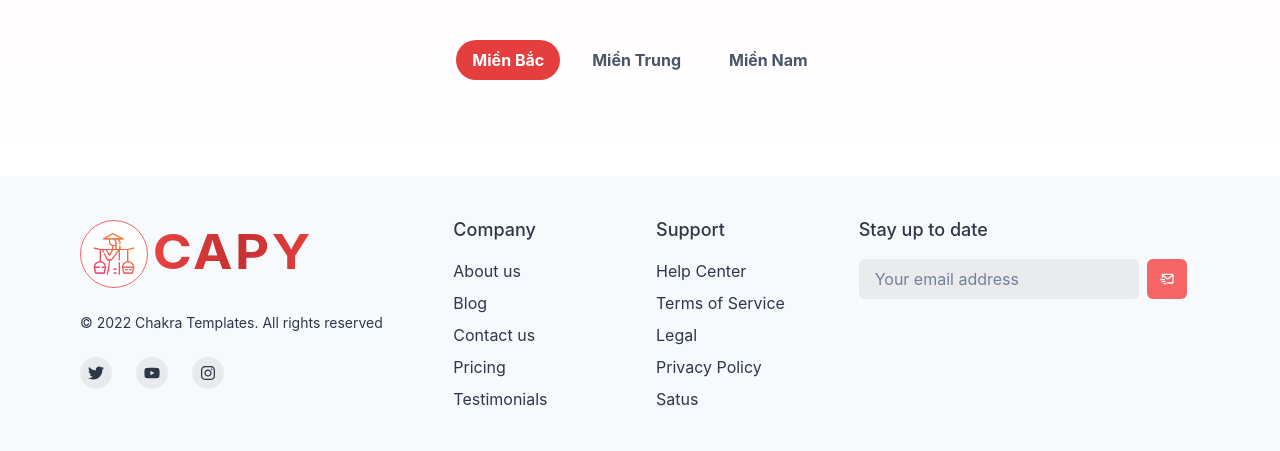
Repository: luannguyenhoang/trevel-capy
Page: /amThucPage/Headers
The author's editor kept a copy of each file at every save. The page is drawn from the files as they stood at one save, then again after the next save.
The browser window is 1280 px wide. The pictures show the part of the page from y = 496 to 947 px (the page is 947 px tall before and 875 px after).
The project was rebuilt for these pictures with package versions that can differ from the ones it lists, and the page was loaded fresh each time. The framework's server and built-in components were replaced by stand-ins that run in the browser. Also part of the build but not shown: next.config.ts, src/components/molecules/Cart.tsx.

Above is the page before, as saved 2025-03-24 14:55:09.

### src/pages/_app.tsx
import { DefaultLayout } from "@/components/templates/DefautLayout";
import "@/styles/globals.css";
import { ChakraProvider } from "@chakra-ui/react";
import type { AppProps } from "next/app";

export default function App({ Component, pageProps }: AppProps) {
  return (
    <ChakraProvider>
      <DefaultLayout>
        <Component {...pageProps} />
      </DefaultLayout>
    </ChakraProvider>
  );
}

### src/pages/amThucPage/Headers.tsx
import SlideConten from "@/components/molecules/Slide";
import { AmThuc, AmThucItem } from "@/type/types";
import {
  Box,
  Button,
  Card,
  CardBody,
  Container,
  Flex,
  Heading,
  Image,
  SimpleGrid,
  Stack,
  Tab,
  TabList,
  TabPanel,
  TabPanels,
  Tabs,
  Text,
  useColorModeValue,
} from "@chakra-ui/react";

const foodCategories = [
  { name: "Miền Bắc", slug: "mien-bac", color: "red.500" },
  { name: "Miền Trung", slug: "mien-trung", color: "orange.500" },
  { name: "Miền Nam", slug: "mien-nam", color: "yellow.600" },
];

export default function Headers({ session1 }: { session1: any }) {
  const bgGradient = useColorModeValue(
    "linear(to-b, red.50, white)",
    "linear(to-b, gray.900, gray.800)"
  );

  return (
    <Box bgGradient={bgGradient} pt={24} pb={16}>
      <Container maxW="container.xl">
        <Box
          height="400px"
          mb={10}
          borderRadius="lg"
          overflow="hidden"
          position="relative"
          backgroundImage="url('/images/vietnamese-food-banner.jpg')"
          backgroundSize="cover"
          backgroundPosition="center"
        >
          <Box
            position="absolute"
            top="0"
            left="0"
            width="100%"
            height="100%"
            bg="blackAlpha.600"
          />
          <Flex
            position="absolute"
            top="0"
            left="0"
            width="100%"
            height="100%"
            alignItems="center"
            justifyContent="center"
            flexDirection="column"
            textAlign="center"
            color="white"
            p={8}
          >
            <Heading as="h1" size="2xl" mb={4}>
              Ẩm Thực Việt Nam
            </Heading>
            <Text fontSize="xl" maxW="800px">
              Khám phá nét đặc sắc trong ẩm thực ba miền Bắc - Trung - Nam với
              những món ăn đậm đà hương vị quê hương
            </Text>
          </Flex>
        </Box>

        <Tabs variant="soft-rounded" colorScheme="red" isLazy>
          <TabList justifyContent="center" mb={8}>
            {foodCategories.map((category) => (
              <Tab
                key={category.slug}
                _selected={{ color: "white", bg: category.color }}
                mx={2}
                fontWeight="bold"
              >
                {category.name}
              </Tab>
            ))}
          </TabList>


        </Tabs>
      </Container>
    </Box>
  );
}

### src/components/templates/DefautLayout.tsx
import { ReactNode } from "react";
import Footer from "../organisms/Footer";
import Header from "../organisms/Header";
import { CartProvider } from "@/utils/service/cart";

export const DefaultLayout = ({ children }: { children: ReactNode }) => {
  return (
    <CartProvider>
      <Header />
      {children}
      <Footer />
    </CartProvider>
  );
};

### src/styles/globals.css
@import "tailwindcss";

:root {
  --background: #ffffff;
  --foreground: #171717;
}

@theme inline {
  --color-background: var(--background);
  --color-foreground: var(--foreground);
  --font-sans: var(--font-geist-sans);
  --font-mono: var(--font-geist-mono);
}

@media (prefers-color-scheme: dark) {
  :root {
    --background: #0a0a0a;
    --foreground: #ededed;
  }
}

body {
  background: var(--background);
  color: var(--foreground);
  font-family: Arial, Helvetica, sans-serif;
}
@keyframes slideUp {
  0% {
    opacity: 0;
    transform: translateY(50px);
  }
  100% {
    opacity: 1;
    transform: translateY(0);
  }
}

.fade-in-section {
  opacity: 0;
}

.is-visible {
  opacity: 1;
  animation: slideUp 0.5s ease-out forwards;
}

### src/components/organisms/Footer.tsx
"use client";

import {
  Box,
  chakra,
  Container,
  SimpleGrid,
  Stack,
  Text,
  VisuallyHidden,
  Input,
  IconButton,
  useColorModeValue,
  Image,
  Flex,
} from "@chakra-ui/react";
import { ReactNode } from "react";
import { FaInstagram, FaTwitter, FaYoutube } from "react-icons/fa";
import { BiMailSend } from "react-icons/bi";

const SocialButton = ({
  children,
  label,
  href,
}: {
  children: ReactNode;
  label: string;
  href: string;
}) => {
  return (
    <chakra.button
      bg={useColorModeValue("blackAlpha.100", "whiteAlpha.100")}
      rounded={"full"}
      w={8}
      h={8}
      cursor={"pointer"}
      as={"a"}
      href={href}
      display={"inline-flex"}
      alignItems={"center"}
      justifyContent={"center"}
      transition={"background 0.3s ease"}
      _hover={{
        bg: useColorModeValue("blackAlpha.200", "whiteAlpha.200"),
      }}
    >
      <VisuallyHidden>{label}</VisuallyHidden>
      {children}
    </chakra.button>
  );
};

const ListHeader = ({ children }: { children: ReactNode }) => {
  return (
    <Text fontWeight={"500"} fontSize={"lg"} mb={2}>
      {children}
    </Text>
  );
};

export default function Footer() {
  return (
    <Box
      bg={useColorModeValue("gray.50", "gray.900")}
      color={useColorModeValue("gray.700", "gray.200")}
    >
      <Container as={Stack} maxW={"6xl"} py={10}>
        <SimpleGrid
          templateColumns={{ sm: "1fr 1fr", md: "2fr 1fr 1fr 2fr" }}
          spacing={8}
        >
          <Stack spacing={6}>
            <Flex  gap={3} alignItems={"end"}>
              <Box
                borderRadius={"full"}
                border={"1px"}
                color={"red.400"}
                maxW={"20%"}
                bg={"white"}
                p={3}
              >
                <Image src="/logo.png" />
              </Box>
              <Text
                fontSize={"5xl"}
                fontWeight={"bold"}
                letterSpacing={"wider"}
                position="relative"
                css={{
                  background: "linear-gradient(90deg, #F56565, #E53E3E, #C53030, #E53E3E, #F56565, #F56565, #E53E3E, #C53030, #E53E3E, #F56565)",
                  backgroundSize: "400% 100%",
                  WebkitBackgroundClip: "text",
                  WebkitTextFillColor: "transparent",
                  backgroundClip: "text",
                  color: "transparent",
                  animation: "gradientFlow 5s linear infinite",
                  "@keyframes gradientFlow": {
                    "0%": { backgroundPosition: "0% 50%" },
                    "100%": { backgroundPosition: "100% 50%" }
                  },
                  textTransform: "uppercase",
                  transform: "scaleX(1.1)"
                }}
              >
                Capy
              </Text>
            </Flex>
            <Text fontSize={"sm"}>
              © 2022 Chakra Templates. All rights reserved
            </Text>
            <Stack direction={"row"} spacing={6}>
              <SocialButton label={"Twitter"} href={"#"}>
                <FaTwitter />
              </SocialButton>
              <SocialButton label={"YouTube"} href={"#"}>
                <FaYoutube />
              </SocialButton>
              <SocialButton label={"Instagram"} href={"#"}>
                <FaInstagram />
              </SocialButton>
            </Stack>
          </Stack>
          <Stack align={"flex-start"}>
            <ListHeader>Company</ListHeader>
            <Box as="a" href={"#"}>
              About us
            </Box>
            <Box as="a" href={"#"}>
              Blog
            </Box>
            <Box as="a" href={"#"}>
              Contact us
            </Box>
            <Box as="a" href={"#"}>
              Pricing
            </Box>
            <Box as="a" href={"#"}>
              Testimonials
            </Box>
          </Stack>
          <Stack align={"flex-start"}>
            <ListHeader>Support</ListHeader>
            <Box as="a" href={"#"}>
              Help Center
            </Box>
            <Box as="a" href={"#"}>
              Terms of Service
            </Box>
            <Box as="a" href={"#"}>
              Legal
            </Box>
            <Box as="a" href={"#"}>
              Privacy Policy
            </Box>
            <Box as="a" href={"#"}>
              Satus
            </Box>
          </Stack>
          <Stack align={"flex-start"}>
            <ListHeader>Stay up to date</ListHeader>
            <Stack direction={"row"}>
              <Input
                placeholder={"Your email address"}
                bg={useColorModeValue("blackAlpha.100", "whiteAlpha.100")}
                border={0}
                _focus={{
                  bg: "whiteAlpha.300",
                }}
              />
              <IconButton
                bg={useColorModeValue("red.400", "red.800")}
                color={useColorModeValue("white", "red.800")}
                _hover={{
                  bg: "red.600",
                }}
                aria-label="Subscribe"
                icon={<BiMailSend />}
              />
            </Stack>
          </Stack>
        </SimpleGrid>
      </Container>
    </Box>
  );
}

### src/components/organisms/Header.tsx
"use client";

import {
  Box,
  Flex,
  IconButton,
  Button,
  Stack,
  Collapse,
  useColorModeValue,
  useDisclosure,
  Menu,
  MenuButton,
  MenuList,
  MenuItem,
  Image,
} from "@chakra-ui/react";
import { HamburgerIcon, CloseIcon } from "@chakra-ui/icons";
import Link from "next/link";
import { useState, useEffect } from "react";
import { useRouter } from "next/navigation";
import CartShop from "../molecules/Cart";
import MobileNav from "./MobileNav";
import DesktopNav from "./DesktopNav";

export default function Header() {
  const { isOpen, onToggle } = useDisclosure();
  const [isLoggedIn, setIsLoggedIn] = useState(false);
  const router = useRouter();
  useEffect(() => {
    const checkLoginStatus = () => {
      const loggedIn = localStorage.getItem("isLoggedIn") === "true";
      setIsLoggedIn(loggedIn);
    };
    checkLoginStatus();
    window.addEventListener("loginStatusChanged", checkLoginStatus);
    window.addEventListener("storage", checkLoginStatus);
    return () => {
      window.removeEventListener("loginStatusChanged", checkLoginStatus);
      window.removeEventListener("storage", checkLoginStatus);
    };
  }, []);

  const handleLogout = () => {
    localStorage.removeItem("isLoggedIn");
    setIsLoggedIn(false);
    window.dispatchEvent(new Event("loginStatusChanged"));
    router.push("/sign-in");
  };

  return (
    <Box position="fixed" top={0} width="100%" zIndex={10}>
      <Flex
        bg={useColorModeValue("whiteAlpha.900", "gray.800")}
        minH={"60px"}
        py={{ base: 2 }}
        px={{ base: 4 }}
        borderBottom={1}
        borderStyle={"solid"}
        borderColor={useColorModeValue("gray.200", "gray.900")}
        align={"center"}
      >
        <Flex
          flex={{ base: 1, md: "auto" }}
          ml={{ base: -2 }}
          display={{ base: "flex", md: "none" }}
        >
          <IconButton
            onClick={onToggle}
            icon={
              isOpen ? <CloseIcon w={3} h={3} /> : <HamburgerIcon w={5} h={5} />
            }
            variant={"ghost"}
            aria-label={"Toggle Navigation"}
          />
        </Flex>
        <Flex
          flex={{ base: 1 }}
          justify={{ base: "center", md: "start" }}
          alignItems={"center"}
        >
          <Link href="/" passHref>
            <Image
              className="object-cover"
              alt="1"
              width={10}
              height={10}
              src="/logo.png"
            />
          </Link>
          <Flex
            display={{ base: "none", md: "flex" }}
            alignItems={{ base: "start" }}
            ml={10}
          >
            <DesktopNav />
          </Flex>
        </Flex>

        <Stack
          flex={{ base: 1, md: 0 }}
          justify={"flex-end"}
          direction={"row"}
          spacing={6}
        >
          {isLoggedIn ? (
            <>
              <CartShop />

              <Menu>
                <MenuButton
                  as={Button}
                  aria-label="Shopping cart"
                  width={10}
                  height={10}
                  variant="outline"
                  rounded={"full"}
                  bgImage="url('/cat.jpg')"
                  bgSize="cover"
                  bgPosition="center"
                  _hover={{
                    objectFit: "cover",
                    bgImage: "url('/cat.jpg')",
                    opacity: 0.9,
                    transform: "scale(1.05)",
                  }}
                  borderColor="gray.200"
                  _active={{
                    objectFit: "cover",
                    bgImage: "url('/cat.jpg')",
                    transform: "scale(0.98)",
                  }}
                />
                <MenuList>
                  <MenuItem>Create a Copy</MenuItem>
                  <MenuItem>Mark as Draft</MenuItem>
                  <MenuItem>Delete</MenuItem>
                  <MenuItem onClick={handleLogout}> Đăng xuất</MenuItem>
                </MenuList>
              </Menu>
            </>
          ) : (
            <>
              <Button
                as={Link}
                fontSize={"sm"}
                fontWeight={400}
                variant={"link"}
                href={"/sign-in"}
              >
                Đăng nhập
              </Button>
              <Button
                as={Link}
                display={{ base: "none", md: "inline-flex" }}
                fontSize={"sm"}
                fontWeight={600}
                color={"white"}
                bg={"red.400"}
                href={"/signup"}
                _hover={{
                  bg: "red.500",
                }}
              >
                Đăng ký
              </Button>
            </>
          )}
        </Stack>
      </Flex>
      <Collapse in={isOpen} animateOpacity>
        <MobileNav />
      </Collapse>
    </Box>
  );
}

### src/utils/service/cart.ts
import { CartItem } from "@/type/types";
import React, {
  createContext,
  ReactNode,
  useContext,
  useEffect,
  useState,
} from "react";

interface CartContextType {
  cartItems: CartItem[];
  addToCart: (item: CartItem) => void;
  removeFromCart: (id: string) => void;
  updateQuantity: (id: string, quantity: number) => void;
  clearCart: () => void;
  totalItems: number;
}

const CartContext = createContext<CartContextType | undefined>(undefined);

export const CartProvider = ({ children }: { children: ReactNode }) => {
  const [cartItems, setCartItems] = useState<CartItem[]>([]);
  const [totalItems, setTotalItems] = useState(0);

  useEffect(() => {
    const storedCart = localStorage.getItem("cart");
    if (storedCart) {
      try {
        const parsedCart = JSON.parse(storedCart);
        setCartItems(parsedCart);
        setTotalItems(parsedCart.length);
      } catch (error) {
        console.error("Error", error);
        localStorage.removeItem("cart");
      }
    }
  }, []);

  useEffect(() => {
    localStorage.setItem("cart", JSON.stringify(cartItems));
    setTotalItems(cartItems.length);
  }, [cartItems]);

  const addToCart = (itemToAdd: CartItem) => {
    setCartItems((prevItems) => {
      const existingItemIndex = prevItems.findIndex(
        (item) => item.id === itemToAdd.id
      );

      if (existingItemIndex >= 0) {
        const updatedItems = [...prevItems];
        updatedItems[existingItemIndex] = {
          ...updatedItems[existingItemIndex],
          quantity:
            updatedItems[existingItemIndex].quantity + itemToAdd.quantity,
        };
        return updatedItems;
      } else {
        return [...prevItems, itemToAdd];
      }
    });
  };

  const removeFromCart = (id: string) => {
    setCartItems((prevItems) => prevItems.filter((item) => item.id !== id));
  };

  const updateQuantity = (id: string, quantity: number) => {
    if (quantity <= 0) {
      removeFromCart(id);
      return;
    }

    setCartItems((prevItems) =>
      prevItems.map((item) => (item.id === id ? { ...item, quantity } : item))
    );
  };

  const clearCart = () => {
    setCartItems([]);
    localStorage.removeItem("cart");
  };

  const value = {
    cartItems,
    addToCart,
    removeFromCart,
    updateQuantity,
    clearCart,
    totalItems,
  };

  return React.createElement(CartContext.Provider, { value }, children);
};

export const useCart = () => {
  const context = useContext(CartContext);
  if (context === undefined) {
    throw new Error("Error");
  }
  return context;
};

### src/components/organisms/MobileNav.tsx
import { NavItem } from "@/type/types";
import { NAV_ITEMS } from "@/utils/common";
import { ChevronDownIcon } from "@chakra-ui/icons";
import { Box, Collapse, Icon, Stack, Text, useColorModeValue, useDisclosure } from "@chakra-ui/react";
import Link from "next/link";

export default function MobileNav  ()  {
    return (
      <Stack
        bg={useColorModeValue("white", "gray.800")}
        p={4}
        display={{ md: "none" }}
      >
        {NAV_ITEMS.map((navItem) => (
          <MobileNavItem key={navItem.label} {...navItem} />
        ))}
      </Stack>
    );
  };

  const MobileNavItem = ({ label, children, href }: NavItem) => {
    const { isOpen, onToggle } = useDisclosure();

    return (
      <Stack spacing={4} onClick={children && onToggle}>
        <Box
          py={2}
          as={Link}
          href={href ?? "/"}
          justifyContent="space-between"
          alignItems="center"
          _hover={{
            textDecoration: "none",
          }}
        >
          <Text
            fontWeight={600}
            color={useColorModeValue("gray.600", "gray.200")}
          >
            {label}
          </Text>
          {children && (
            <Icon
              as={ChevronDownIcon}
              transition={"all .25s ease-in-out"}
              transform={isOpen ? "rotate(180deg)" : ""}
              w={6}
              h={6}
            />
          )}
        </Box>

        <Collapse in={isOpen} animateOpacity style={{ marginTop: "0!important" }}>
          <Stack
            mt={2}
            pl={4}
            borderLeft={1}
            borderStyle={"solid"}
            borderColor={useColorModeValue("gray.200", "gray.700")}
            align={"start"}
          >
            {children &&
              children.map((child) => (
                <Box as={Link} key={child.label} py={2} href={child.href}>
                  {child.label}
                </Box>
              ))}
          </Stack>
        </Collapse>
      </Stack>
    );
  };

### src/components/organisms/DesktopNav.tsx
import { NAV_ITEMS } from "@/utils/common";
import {
  Box,
  Popover,
  PopoverContent,
  PopoverTrigger,
  Stack,
  useColorModeValue,
} from "@chakra-ui/react";
import Link from "next/link";
import DesktopSubNav from "./DesktopSubNav";

export default function DesktopNav() {
  const linkColor = useColorModeValue("gray.600", "gray.200");
  const linkHoverColor = useColorModeValue("gray.800", "white");
  const popoverContentBgColor = useColorModeValue("white", "gray.800");
  return (
    <Stack direction={"row"} spacing={4}>
      {NAV_ITEMS.map((navItem) => (
        <Box key={navItem.label}>
          <Popover trigger={"hover"} placement={"bottom-start"}>
            <PopoverTrigger>
              <div className="cursor-pointer">
                <Box
                  as="span"
                  p={2}
                  fontSize={"sm"}
                  fontWeight={500}
                  color={linkColor}
                  _hover={{
                    textDecoration: "none",
                    color: linkHoverColor,
                  }}
                >
                  {navItem.label}
                </Box>
              </div>
            </PopoverTrigger>

            {navItem.children && (
              <PopoverContent
                border={0}
                boxShadow={"xl"}
                bg={popoverContentBgColor}
                p={4}
                rounded={"xl"}
                minW={"sm"}
              >
                <Stack>
                  {navItem.children.map((child) => (
                    <DesktopSubNav key={child.label} {...child} />
                  ))}
                </Stack>
              </PopoverContent>
            )}
          </Popover>
        </Box>
      ))}
    </Stack>
  );
}

### src/utils/common.ts
import { NavItem } from "@/type/types";
import { createIcon } from "@chakra-ui/react";

export const NAV_ITEMS: Array<NavItem> = [
  {
    label: "Điểm đến",
    children: [
      {
        label: "Miền Bắc",
        subLabel: "Sapa, Hà Giang, Hạ Long...",
        href: "/mien-bac",
      },
      {
        label: "Miền Trung",
        subLabel: "Huế, Đà Nẵng, Hội An...",
        href: "/mien-trung",
      },
      {
        label: "Miền Nam",
        subLabel: "Phú Quốc, Cần Thơ, Đà Lạt...",
        href: "/mien-nam",
      },
    ],
  },
  {
    label: "Trải nghiệm",
    children: [
      {
        label: "Ẩm thực",
        subLabel: "Khám phá nền ẩm thực đa dạng",
        href: "/am-thuc",
      },
      {
        label: "Di sản văn hóa",
        subLabel: "Các di sản UNESCO tại Việt Nam",
        href: "/di-san-van-hoa",
      },
      {
        label: "Lễ hội",
        subLabel: "Lễ hội truyền thống Việt Nam",
        href: "/le-hoi",
      },
    ],
  },
  {
    label: "Lịch trình",
    href: "/itineraries",
  },
  {
    label: "Dịch vụ",
    children: [
      {
        label: "Khách sạn",
        subLabel: "Đặt phòng khách sạn",
        href: "/khach-san",
      },
      {
        label: "Tour du lịch",
        subLabel: "Tour trọn gói và tùy chỉnh",
        href: "/tours-du-lich",
      },
      {
        label: "Vận chuyển",
        subLabel: "Máy bay, tàu, xe du lịch",
        href: "/van-chuyen",
      },
    ],
  },
];

//
export const PlayIcon = createIcon({
  displayName: "PlayIcon",
  viewBox: "0 0 58 58",
  d: "M28.9999 0.562988C13.3196 0.562988 0.562378 13.3202 0.562378 29.0005C0.562378 44.6808 13.3196 57.438 28.9999 57.438C44.6801 57.438 57.4374 44.6808 57.4374 29.0005C57.4374 13.3202 44.6801 0.562988 28.9999 0.562988ZM39.2223 30.272L23.5749 39.7247C23.3506 39.8591 23.0946 39.9314 22.8332 39.9342C22.5717 39.9369 22.3142 39.8701 22.0871 39.7406C21.86 39.611 21.6715 39.4234 21.5408 39.1969C21.4102 38.9705 21.3421 38.7133 21.3436 38.4519V19.5491C21.3421 19.2877 21.4102 19.0305 21.5408 18.8041C21.6715 18.5776 21.86 18.3899 22.0871 18.2604C22.3142 18.1308 22.5717 18.064 22.8332 18.0668C23.0946 18.0696 23.3506 18.1419 23.5749 18.2763L39.2223 27.729C39.4404 27.8619 39.6207 28.0486 39.7458 28.2713C39.8709 28.494 39.9366 28.7451 39.9366 29.0005C39.9366 29.2559 39.8709 29.507 39.7458 29.7297C39.6207 29.9523 39.4404 30.1391 39.2223 30.272Z",
});
//

### src/components/organisms/DesktopSubNav.tsx
import { NavItem } from "@/type/types";
import { ChevronRightIcon } from "@chakra-ui/icons";
import {
  Box,
  Flex,
  Icon,
  Stack,
  Text,
  useColorModeValue,
} from "@chakra-ui/react";
import Link from "next/link";

export default function DesktopSubNav({
  label,
  href = "#",
  subLabel,
}: NavItem) {
  return (
    <Link href={href} passHref>
      <Box
        as="span"
        role={"group"}
        display={"block"}
        p={2}
        rounded={"md"}
        _hover={{ bg: useColorModeValue("red.50", "gray.900") }}
      >
        <Stack direction={"row"} align={"center"}>
          <Box>
            <Text
              transition={"all .3s ease"}
              _groupHover={{ color: "red.400" }}
              fontWeight={500}
            >
              {label}
            </Text>
            <Text fontSize={"sm"}>{subLabel}</Text>
          </Box>
          <Flex
            transition={"all .3s ease"}
            transform={"translateX(-10px)"}
            opacity={0}
            _groupHover={{ opacity: "100%", transform: "translateX(0)" }}
            justify={"flex-end"}
            align={"center"}
            flex={1}
          >
            <Icon color={"red.400"} w={5} h={5} as={ChevronRightIcon} />
          </Flex>
        </Stack>
      </Box>
    </Link>
  );
}

Loaded but not shown: src/pages/_document.tsx (common file)

After the next save:
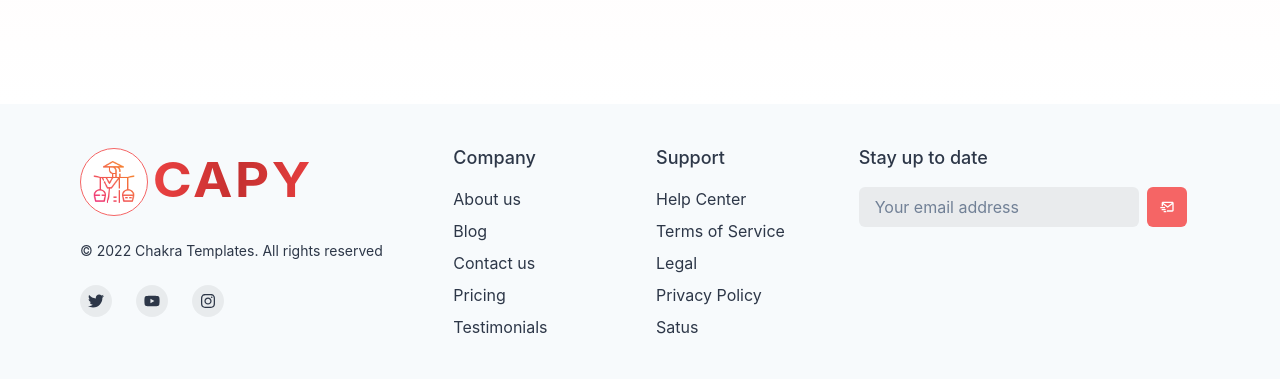
Saved 26 s later.
--- a/src/pages/amThucPage/Headers.tsx
+++ b/src/pages/amThucPage/Headers.tsx
@@ -76,22 +76,7 @@ export default function Headers({ session1 }: { session1: any }) {
           </Flex>
         </Box>
 
-        <Tabs variant="soft-rounded" colorScheme="red" isLazy>
-          <TabList justifyContent="center" mb={8}>
-            {foodCategories.map((category) => (
-              <Tab
-                key={category.slug}
-                _selected={{ color: "white", bg: category.color }}
-                mx={2}
-                fontWeight="bold"
-              >
-                {category.name}
-              </Tab>
-            ))}
-          </TabList>
 
-
-        </Tabs>
       </Container>
     </Box>
   );
